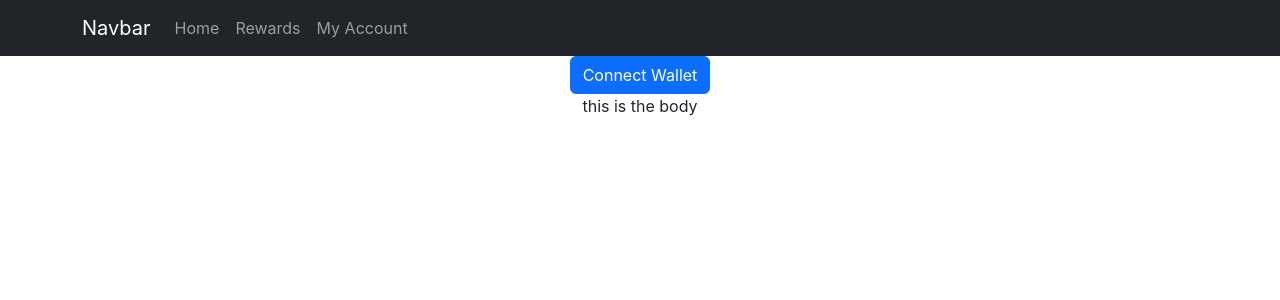
Repository: EyanIngles/AR
Page: /
The author's editor kept a copy of each file at every save. The page is drawn from the files as they stood at one save, then again after a run of saves.
The browser window is 1280 px wide. The pictures show the whole page.
The project was rebuilt for these pictures with package versions that can differ from the ones it lists, and the page was loaded fresh each time.

Above is the page before, as saved 2024-05-29 13:08:00.

### public/index.html
<!DOCTYPE html>
<html lang="en">
  <head>
    <meta charset="utf-8" />
    <link rel="icon" href="%PUBLIC_URL%/favicon.ico" />
    <meta name="viewport" content="width=device-width, initial-scale=1" />
    <meta name="theme-color" content="#000000" />
    <meta
      name="Arbonne Rewards, a website developed by Eyan.Dev."
      content="A place to store points and data for a community to reward an Arbonne consultants clients"
    />
    <link rel="apple-touch-icon" href="%PUBLIC_URL%/logo192.png" />
    <!--
      manifest.json provides metadata used when your web app is installed on a
      user's mobile device or desktop. See https://developers.google.com/web/fundamentals/web-app-manifest/
    -->
    <link rel="manifest" href="%PUBLIC_URL%/manifest.json" />
    <!--
      Notice the use of %PUBLIC_URL% in the tags above.
      It will be replaced with the URL of the `public` folder during the build.
      Only files inside the `public` folder can be referenced from the HTML.

      Unlike "/favicon.ico" or "favicon.ico", "%PUBLIC_URL%/favicon.ico" will
      work correctly both with client-side routing and a non-root public URL.
      Learn how to configure a non-root public URL by running `npm run build`.
    -->
    <title>Arbonne Rewards</title>
  </head>
  <body>
    <noscript>You need to enable JavaScript to run this app.</noscript>
    <div id="root"></div>
    <!--
      This HTML file is a template.
      If you open it directly in the browser, you will see an empty page.

      You can add webfonts, meta tags, or analytics to this file.
      The build step will place the bundled scripts into the <body> tag.

      To begin the development, run `npm start` or `yarn start`.
      To create a production bundle, use `npm run build` or `yarn build`.
    -->
  </body>
</html>

### src/index.js
import React from 'react';
import ReactDOM from 'react-dom/client';
import 'bootstrap/dist/css/bootstrap.css'
import './index.css';
import App from './App';
import reportWebVitals from './reportWebVitals';
import { Provider } from 'react-redux'
import store from './store/store'

const root = ReactDOM.createRoot(document.getElementById('root'));
root.render(
  <Provider store={store}>
  <React.StrictMode>
    <App />
  </React.StrictMode>
  </Provider>
);

// If you want to start measuring performance in your app, pass a function
// to log results (for example: reportWebVitals(console.log))
// or send to an analytics endpoint. Learn more: https://bit.ly/CRA-vitals
reportWebVitals();

### src/App.js
import './App.css';
import { loadProvider, loadNetwork, loadAccount } from './store/reducers/interactions'
import { useDispatch, useSelector } from 'react-redux';
import { useState, useEffect } from 'react';
import { Button, Card, Nav, Navbar, Container } from 'react-bootstrap'

function App() {
  // declaring dispatch
const dispatch = useDispatch();
const account = useSelector(state => state.provider.account)
const provider = useSelector(state => state.provider.connection)
const chainId = useSelector(state => state.provider.chainId)
// use State statments
const [loadingBlockchain, setLoadingBlockchain] = useState(false)

const loadBlockchain = async () => {
  if (loadBlockchain) {
    try{
      // changing the state of the loading statment to true as in it is loading.
      setLoadingBlockchain(true)
      // load provider
      loadProvider(dispatch)
      // load accounts
      await loadAccount(dispatch)
      // load chain id
      await loadNetwork(provider, dispatch)
      // once all the blockchain has finished loading, set to loading blockchain to false
      setLoadingBlockchain(true)
    } catch (error) {
      console.log("error loading blockchain", error)
    }
  }
}
useEffect(() => {
  if(!loadingBlockchain || account == 0) {
    try{
      loadBlockchain()
    } catch (error) {
      window.alert('error loading blockchain ', error)
    }
  }
},[loadingBlockchain, account, loadBlockchain])

  return (
    <div className="App">
      <>
      <Navbar bg="dark" data-bs-theme="dark">
        <Container>
          <Navbar.Brand href="/">Navbar</Navbar.Brand>
          <Nav className="me-auto">
            <Nav.Link href="/">Home</Nav.Link>
            <Nav.Link href="/">Rewards</Nav.Link>
            <Nav.Link href="/">My Account</Nav.Link>

          </Nav>
        </Container>
      </Navbar>
      </>
      { !account == 0 && !chainId == 0? (
      <>
        <header className="App-header">
          <Card>
            <Card.Text>
              Name: maybe need to create an if statement to say if customer or consultant? <br></br>
              Account: {account.slice(0,6)} <br></br>
              Points:
            </Card.Text>
            </Card>
        <h1 className='h1'>This is the header</h1>
        <h5>buttons here</h5>
        </header>
      </>
      ) : (
        <><Button onClick={loadBlockchain}>Connect Wallet</Button></>
      )}
      <div>
        <p>this is the body</p>
      </div>
    </div>
  );
}

export default App;

### src/store/store.js
import { configureStore } from "@reduxjs/toolkit";
import provider from './reducers/provider'

export default configureStore({
    reducer: {
        provider,
    },
    middleware: getDefaultMiddleware =>
    getDefaultMiddleware({
    serializableCheck: false
    })
})

### src/App.css
.App {
  text-align: center;
}

.App-logo {
  height: 40vmin;
  pointer-events: none;
}

@media (prefers-reduced-motion: no-preference) {
  .App-logo {
    animation: App-logo-spin infinite 20s linear;
  }
}

.App-header {
  background-color: #282c34;
  min-height: 100vh;
  display: flex;
  flex-direction: column;
  align-items: center;
  justify-content: center;
  font-size: calc(10px + 2vmin);
  color: white;
}

.App-link {
  color: #f2e47b;
}

@keyframes App-logo-spin {
  from {
    transform: rotate(0deg);
  }
  to {
    transform: rotate(360deg);
  }
}

### src/store/reducers/interactions.js
import React from 'react'
import { ethers } from 'ethers'
import { setProvider, setNetwork, setAccount } from '../reducers/provider'

// load provider
export const loadProvider = (dispatch) => {
    try{
        const provider = new ethers.BrowserProvider(window.ethereum)
        dispatch(setProvider(provider))
        return provider;
        } catch(err) {
            window.alert('provider unable to be located')
}}
// load account
export const loadNetwork = async (provider, dispatch) => {
    const chainId = await provider.getNetwork()
    dispatch(setNetwork(chainId))
    return chainId;
}
// load account
export const loadAccount = async (dispatch) => {
    //connecting to meta mask with a try and catch to catch an error if metamask if not installed
if(typeof window.ethereum !== 'undefined') {
    try{
        const accounts = await window.ethereum.request({ method: 'eth_requestAccounts' });
        const account = accounts[0];
        dispatch(setAccount(account));

        return account;
    } catch(err) {
        window.alert('Metamask unable to be located. Please install metamask and try again.')
        const deadAccount = ''
        dispatch(setAccount(deadAccount));
    }
}}

### src/store/reducers/provider.js
import { createSlice } from '@reduxjs/toolkit';

export const provider = createSlice({
    name: 'provider',
    initialState: {
        connection: null,
        chainId: null,
        account: null
    },
    reducers: {
        setProvider: (state, action) => {
            state.connection = action.payload
        },
        setNetwork: (state, action) => {
            state.chainId = action.payload
        },
        setAccount: (state, action) => {
            state.account = action.payload
        },
    }
})

export const { setNetwork, setAccount, setProvider } = provider.actions;

export default provider.reducer;

Loaded but not shown: src/index.css (common file); src/reportWebVitals.js (common file)

After the next 2 saves:
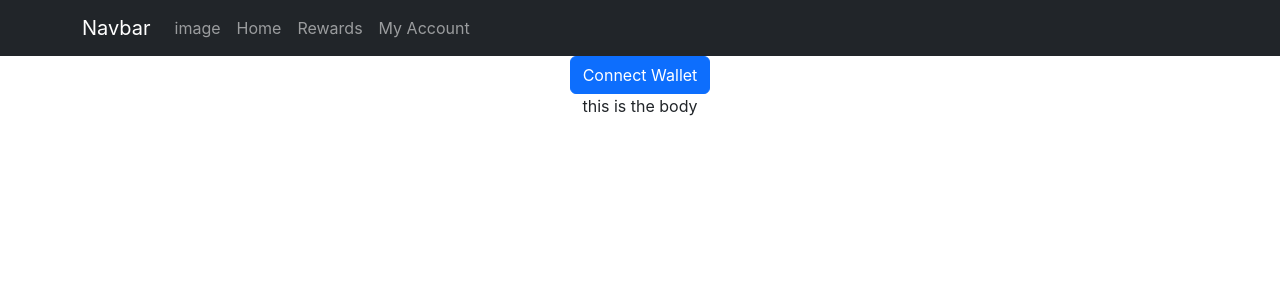
The 2 saves are shown as one change because they came seconds apart.
The last was saved 21 s later.
--- a/src/App.js
+++ b/src/App.js
@@ -48,10 +48,10 @@ useEffect(() => {
         <Container>
           <Navbar.Brand href="/">Navbar</Navbar.Brand>
           <Nav className="me-auto">
+          <Nav.Link>image</Nav.Link>
             <Nav.Link href="/">Home</Nav.Link>
             <Nav.Link href="/">Rewards</Nav.Link>
             <Nav.Link href="/">My Account</Nav.Link>
-
           </Nav>
         </Container>
       </Navbar>
